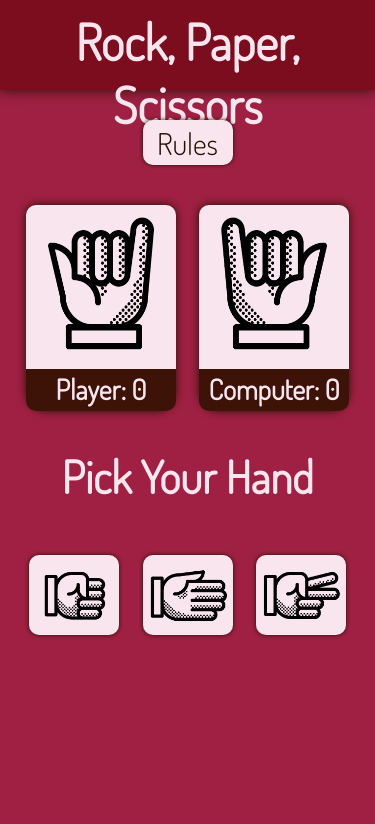
Repository: shayanabedi98/rock-paper-scissors
Page: index.html
These files come from the project's save history. The page is drawn as it stood at one moment and after the next save; the edit follows.
The browser window is 375 px wide. The pictures show the whole page.

Above is the page before, as saved 2023-07-21 13:48:41.

### index.html
<!DOCTYPE html>
<html lang="en">
<head>
    <meta charset="UTF-8">
    <meta name="viewport" content="width=device-width, initial-scale=1.0">
    <title>Rock, Paper, Scissors</title>
    <link rel="preconnect" href="https://fonts.googleapis.com">
    <link rel="preconnect" href="https://fonts.gstatic.com" crossorigin>
    <link href="https://fonts.googleapis.com/css2?family=Dosis:wght@300&display=swap" rel="stylesheet">
    <link rel="stylesheet" href="styles.css">
</head>
<body>
    <div class="dark-div">
    </div>
    <div class="header">
        <h1>Rock, Paper, Scissors</h1>
    </div>
    <div class="rules-btn">
        <button>Rules</button>
    </div>
    <div class="container">
        <div class="card">
            <div class="player">
                <img src="resources/startleft.png" alt="Starting image before game">
                <h3>Player: 0</h3>
            </div>
        </div>
        <div class="card">
            <div class="computer">
                <img src="resources/start.png" alt="Starting image before game">
                <h3>Computer: 0</h3>
            </div>
        </div>
    </div>
    <div class="caption">
        <h2>Pick Your Hand</h2>
    </div>
    <div class="button-container">
        <button class="btn" id="rock"><img src="resources/rockleft.png" alt="rock option"></button>
        <button class="btn" id="paper"><img src="resources/paperleft.png" alt="paper option"></button>
        <button class="btn" id="scissors"><img src="resources/scissorsleft.png" alt="scissors option"></button>
    </div>
    <div class="rules">
        <h1>Rules</h1>
        <p>Rock beats Scissors. <br>Paper beats Rock. <br>Scissors beats Paper. <br>You(Player) vs Computer. <br>Best 3/5 wins. <br>Simple enough?</p>
        <button>Close</button>
    </div>
    <script src="index.js"></script>
</body>
</html>

### styles.css
body {
    font-family:'Dosis', sans-serif;
    margin: 0;
    padding: 0;
    background-color: #9F2042;
    color: #F8E5EE;
}

h1 {
    font-size: 60px;
    margin-top: 0;

}

.dark-div {
    background-color: #211103;
    position: absolute;
    z-index: 1;
    width: 100%;
    height: 100%;
    opacity: 0;
    visibility: hidden;
}

.header {
    text-align: center;
    background-color: #7B0D1E;
    height: 120px;
    padding-top: 30px;
    box-shadow: 0 0 12px 0 #211103;
}

.rules-btn {
    text-align: center;
}

.rules-btn button {
    font-family: 'Dosis', sans-serif;
    font-size: 26px;
    background-color: #F8E5EE;
    color: #211103;
    width: 100px;
    height: 50px;
    cursor: pointer;
    border: 0;
    border-radius: 10px;
    box-shadow: 0 0 4px 0 #211103;
    position: absolute;
    margin-top: 250px;
    transform: translateX(-50px);
    text-align: center;
}

.caption {
    text-align: center;
    font-size: 30px;
}

.container {
    text-align: center;
    display: block;
    margin-top: 40px;
}

.card {
    display: inline-block;
    background-color: #F8E5EE;
    box-shadow: 0 0 8px 0 #211103;
    margin: 0 120px;
    border-radius: 10px 10px 20px 20px;
}

.card img {
    height: 350px;
    width: 345px;
}

.card h3 {
    font-size: 40px;
    color: #F8E5EE;
    background-color: #3D1308;
    margin-bottom: 0;
    height: 70px;
    padding-top: 10px;
    border-radius: 0  0 10px 10px;
}

.button-container {
    text-align: center;
    margin-top: 50px;
    height: 161px;
}

#rock, #paper, #scissors {
    font-family: 'Dosis', sans-serif;
    background-color: #F8E5EE;
    color: #211103;
    width: 110px;
    height: 100px;
    cursor: pointer;
    border: 0;
    border-radius: 10px;
    box-shadow: 0 0 4px 0 #211103;
    margin: 0 10px;
}

#rock img, #paper img, #scissors img {
    height: 100px;
}

#rock:hover, #paper:hover, #scissors:hover {
    box-shadow: 0 0 10px 0 #211103;
}

#rock:active, #paper:active, #scissors:active, #rock img:active, #paper img:active, #scissors img:active {
    box-shadow: none;
    height: 99px;
}

.rules {
    background-color: #F8E5EE;
    color: #211103;
    position: absolute;
    box-shadow: 0 0 10px 0 #211103;
    border-radius: 10px;
    text-align: center;
    margin-left: 40%;
    transform: translateY(-700px);
    width: 20%;
    z-index: 2;
    height: 450px;
    opacity: 0;
    visibility: hidden;
}

.rules p {
    font-size: 30px;
}

.rules button {
    font-family: 'Dosis', sans-serif;
    font-size: 26px;
    font-weight: 600;
    background-color: #F8E5EE;
    width: 80px;
    border: 0;
    text-decoration: overline;
    cursor: pointer;
}

.winner {
    text-align: center;
    margin-top: 350px;
}

.winner button {
    font-family: 'Dosis', sans-serif;
    font-size: 40px;
    font-family: 'Dosis', sans-serif;
    background-color: #F8E5EE;
    color: #211103;
    width: 200px;
    height: 100px;
    cursor: pointer;
    border: 0;
    border-radius: 10px;
    box-shadow: 0 0 4px 0 #211103;
}

@media (max-width: 1200px) {

    .rules-btn button {
        margin-top: 150px;
    }

    .card img {
        height: 210px;
        width: 200px;
    }
    .card h3 {
        margin-top: 0;
        font-size: 30px;
    }
}

@media (max-width: 900px) {

    .card {
        margin: 0 70px;
    }

    .card img {
        height: 190px;
        width: 180px;
    }
}

@media (max-width: 680px) {
    .rules-btn button {
        width: 90px;
        height: 45px;
        font-size: 30px;
        transform: none;
        position: relative;
        margin-top: 30px;
    }

    .card {
        margin: 0 40px;
    }
}

@media (max-width: 565px) {

    h1 {
        font-size: 50px;
    }

    .header {
        text-align: center;
        background-color: #7B0D1E;
        height: 80px;
        padding-top: 10px;
        box-shadow: 0 0 12px 0 #211103;
    }

    .card {
        margin: 0 40px;
    }

    .card img {
        height: 160px;
        width: 150px;
    }
    .card h3 {
        font-size: 28px;
        height: 40px;
        padding-top: 2px;
    }
}

@media (max-width: 465px) {

    .card {
        margin: 0 20px;
    }
}

@media (max-width: 400px) {

    .card {
        margin: 0 10px;
    }

    .btn {
        width: 90px !important;
        height: 80px !important;
    }

    .btn img {
        width: 80px;
        height: 80px !important;
    }

}

### index.js
var scoreP = 0;
var scoreC = 0;
var winner = document.querySelector('.winner');
var caption = document.querySelector('.caption h2');
var rock = document.querySelector('#rock');
var paper = document.querySelector('#paper');
var scissors = document.querySelector('#scissors');
var computer = document.querySelector('.computer img');
var player = document.querySelector('.player img');
var btn = document.querySelectorAll('.btn');
var playerPick;
var computerPick;
var rules = document.querySelector('.rules');
var rulesClose = document.querySelector('.rules button');
var rulesButton = document.querySelector('.rules-btn button');
var darkDiv = document.querySelector('.dark-div');

//animations for the rules card
rulesButton.addEventListener('click', function() {
    rules.style.opacity = '100';
    rules.style.transition = "0.5s"
    rules.style.visibility = 'visible';
    darkDiv.style.opacity = '0.5';
    darkDiv.style.transition = "0.5s"
    darkDiv.style.visibility = 'visible';
});

rulesClose.addEventListener('click', function() {
    rules.style.visibility = 'hidden';
    rules.style.opacity = '0';
    rules.style.transition = "0.5s";
    darkDiv.style.visibility = 'hidden';
    darkDiv.style.opacity = '0';
    darkDiv.style.transition = "0.5s";
});

//game mechanics
function rng() {
    return Math.floor(Math.random() * 3) + 1;
};

rock.addEventListener('click', function() {
    player.src = 'resources/rockleft.png';
    playerPick = 'rock';
});
paper.addEventListener('click', function() {
    player.src = 'resources/paperleft.png';
    playerPick = 'paper';
});
scissors.addEventListener('click', function() {
    player.src = 'resources/scissorsleft.png';
    playerPick = 'scissors';
});

for (let i = 0; i < btn.length; i ++){
    btn[i].addEventListener('click', function() {
        rng();
        if (rng() === 1) {
            computer.src = 'resources/rock.png';
            computerPick = 'rock';
        } else if (rng() === 2) {
            computer.src = 'resources/paper.png';
            computerPick = 'paper';
        } else if (rng() === 3) {
            computer.src = 'resources/scissors.png';
            computerPick = 'scissors';
        }

        if (playerPick === computerPick) {
            caption.innerHTML = 'Tie!';
        }

        else if ((playerPick === 'rock' && computerPick === 'paper') || (playerPick === 'scissors' && computerPick === 'rock') || (playerPick === 'paper' && computerPick === 'scissors')) {
            caption.innerHTML = 'Point for Computer!';
            scoreC ++;
        }

        else if ((playerPick === 'rock' && computerPick === 'scissors') || (playerPick === 'scissors' && computerPick === 'paper') || (playerPick === 'paper' && computerPick === 'rock')) {
            caption.innerHTML = 'Point for Player!';
            scoreP ++;
        }

        document.querySelector('.player h3').innerHTML = 'Player: ' + scoreP;
        document.querySelector('.computer h3').innerHTML = 'Computer: ' + scoreC;

        if (scoreC === 3) {
            window.location.replace('./loser.html');
        } else if (scoreP === 3) {
            window.location.replace('./winner.html');

        }
    });
};

function playAgain() {
    window.location.replace('./index.html');
};

After the next save:
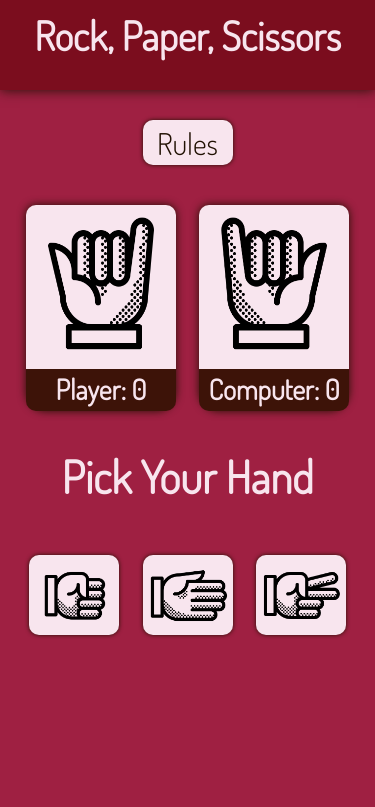
Saved 21 s later.
--- a/styles.css
+++ b/styles.css
@@ -248,6 +248,10 @@ h1 {
 
 @media (max-width: 400px) {
 
+    h1 {
+        font-size: 40px;
+    }
+
     .card {
         margin: 0 10px;
     }
